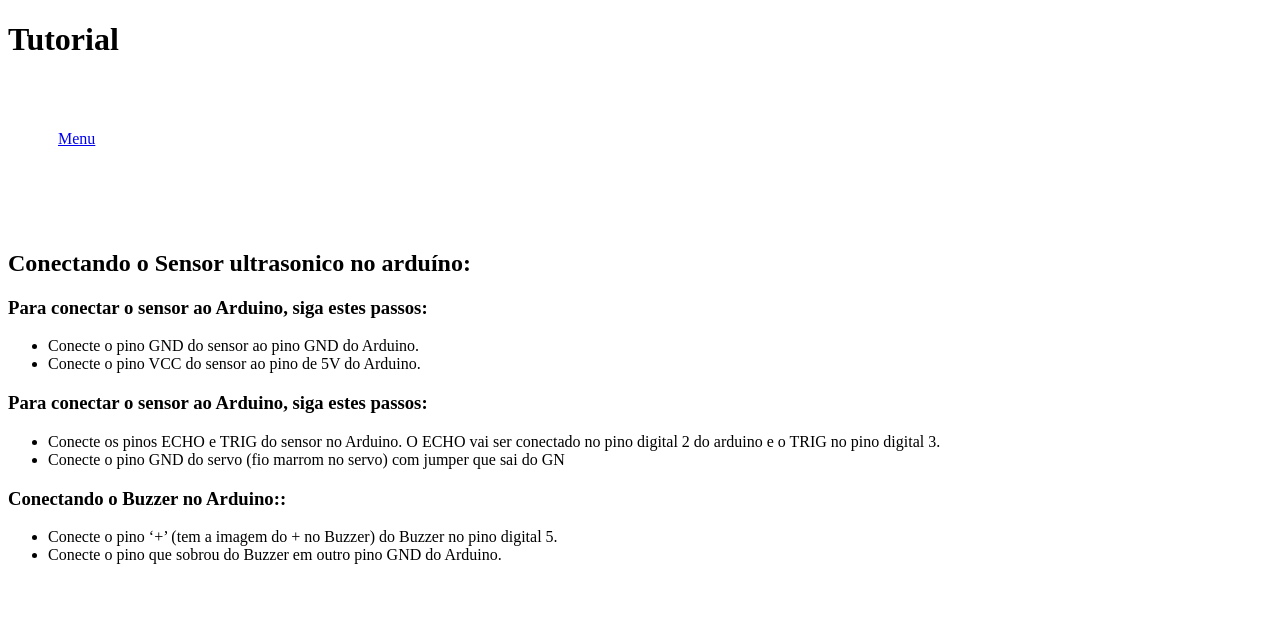
Repository: Eito2511/Site-tutorial-arduino
Page: tutorial.html
An editor plug-in stored every save of this project. The page is shown before and after a run of saves, followed by the edit.
The browser window is 1280 px wide. The pictures show the whole page.

Above is the page before, as saved 2025-06-03 18:27:27.

### tutorial.html
<!DOCTYPE html>
<html lang="en">
  <head>
    <meta charset="UTF-8" />
    <meta name="viewport" content="width=device-width, initial-scale=1.0" />
    <title>Tutorial</title>
  </head>
  <body>
    <header>
      <h1 class="titulo">Tutorial</h1>
    </header>

    <section style="height: 50px; padding: 50px">
      <a href="index.html" class="btn">Menu</a>
    </section>

    <div>
      <h2>Conectando o Sensor ultrasonico no arduíno:</h1>
      <h3>Para conectar o sensor ao Arduino, siga estes passos:</h2>
      <ul>
        <li>Conecte o pino GND do sensor ao pino GND do Arduino.</li>
        <li>Conecte o pino VCC do sensor ao pino de 5V do Arduino.</li>
      </ul>
      <h3></h3>
    </div>

    <div>
      <h3>Para conectar o sensor ao Arduino, siga estes passos:</h2>
      <ul>
        <li>
          Conecte os pinos ECHO e TRIG do sensor no Arduino. O ECHO vai ser
          conectado no pino digital 2 do arduino e o TRIG no pino digital 3.
        </li>
        <li>
         Conecte o pino GND do servo (fio marrom no servo) com jumper que sai
 do GN
        </li>
      </ul>
    </div>

    <div>
      <h3>Conectando o Buzzer no Arduino::</h2>
      <ul>
        <li>
          Conecte o pino ‘+’ (tem a imagem do + no Buzzer) do Buzzer no pino
          digital 5.
        </li>
        <li>
          Conecte o pino que sobrou do Buzzer em outro pino GND do Arduino.
        </li>
      </ul>
    </div>
  </body>
</html>

After the next 4 saves:
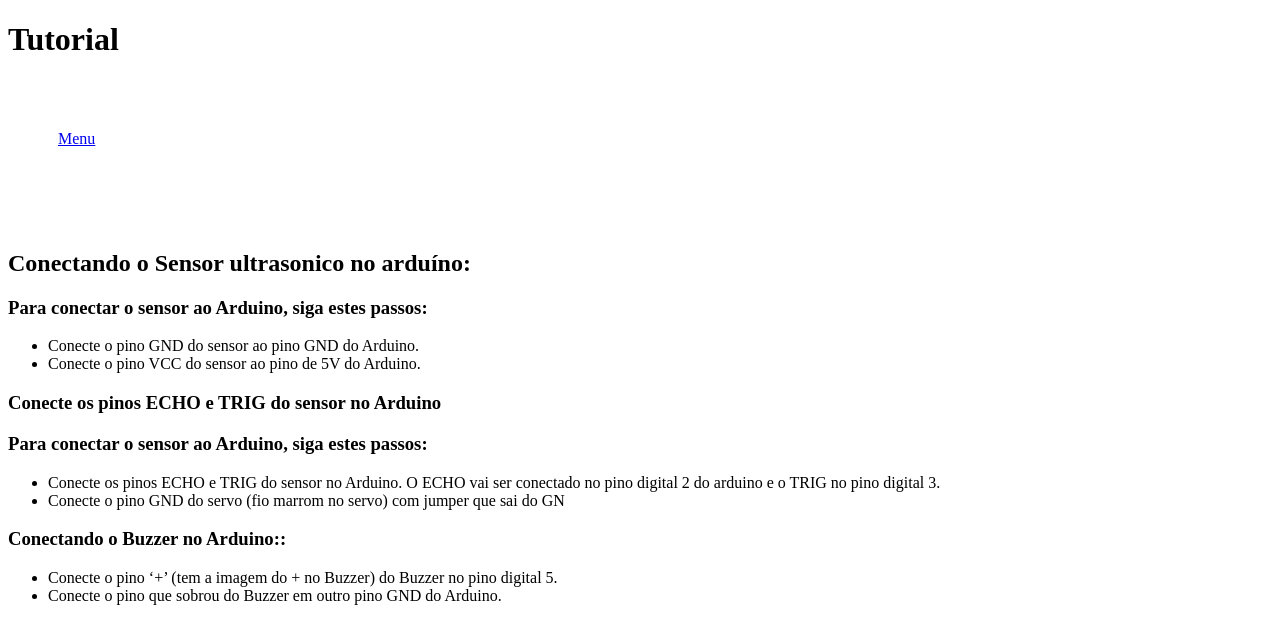
The 4 saves are shown as one change because they came seconds apart.
The last was saved 37 s later.
--- a/tutorial.html
+++ b/tutorial.html
@@ -21,7 +21,8 @@
         <li>Conecte o pino GND do sensor ao pino GND do Arduino.</li>
         <li>Conecte o pino VCC do sensor ao pino de 5V do Arduino.</li>
       </ul>
-      <h3></h3>
+      <h3>Conecte os pinos ECHO e TRIG do sensor no Arduino</h3>
+
     </div>
 
     <div>
